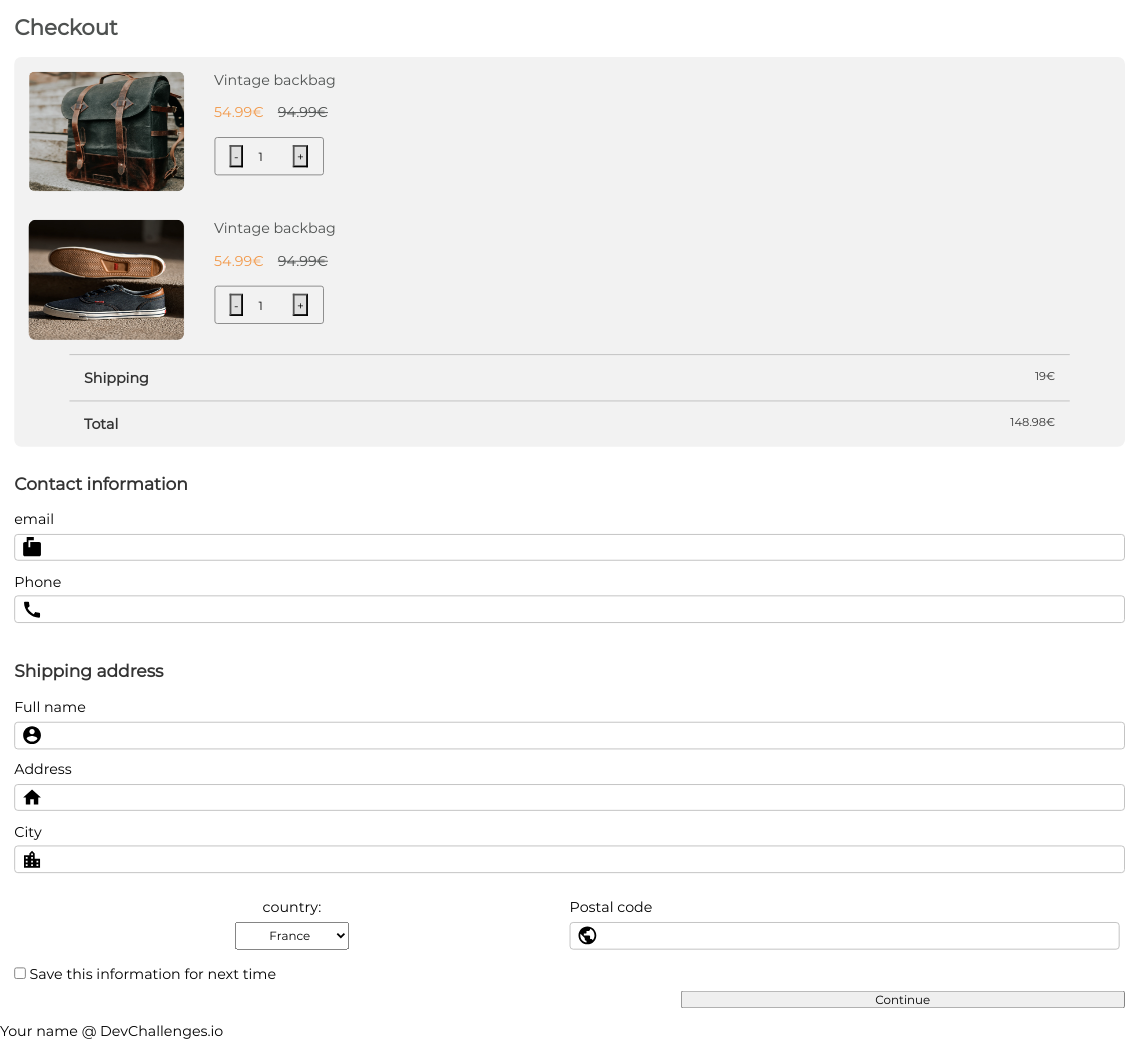
Repository: dubar-jeremy/checkout-page-master
Page: index.html
The author's editor kept a copy of each file at every save. The page is drawn from the files as they stood at one save, then again after the next save.
The browser window is 1280 px wide. The pictures show the whole page, at 89% of full size.
The style sheet was rebuilt from its Sass, Less or Tailwind sources for each picture, by a compiler version that may differ from the author's.

Above is the page before, as saved 2021-01-31 01:28:15.

### index.html
<!doctype html>
<html lang="fr">
<head>
  <meta charset="UTF-8">
  <meta name="viewport"
        content="width=device-width, user-scalable=no, initial-scale=1.0, maximum-scale=1.0, minimum-scale=1.0">
  <meta http-equiv="X-UA-Compatible" content="ie=edge">
  <link rel="stylesheet" href="style/style.css">
  <link href="https://fonts.googleapis.com/icon?family=Material+Icons"
        rel="stylesheet">
  <title>Document</title>
  <script src="js/form.js" type="text/javascript"></script>
</head>
<body>

<main>
  <div class="grid-container">
    <h1>Checkout</h1>
    <form>
      <h2>Contact information</h2>
      <div>
      <label for="email">email</label>
      <input class="email" type="email" name="email" id="email">
      <span class="invalid valid" id="email">E-mail invalide</span>
      </div>

      <div>
      <label for="tel">Phone</label>
      <input class="tel" type="tel" name="tel" id="tel">
      <span class="invalid">Numéro inccorect</span>
      </div>

      <h2>Shipping address</h2>

      <div>
      <label for="name">Full name</label>
      <input class="name" type="text" name="name" id="name">
      <span class="invalid">Champ obligatoire</span>
      </div>

      <div>
      <label for="address">Address</label>
      <input class="address" type="text" name="address" id="address">
      <span class="invalid">Champ obligatoire</span>
      </div>

      <div>
      <label for="city">City</label>
      <input class="city" type="text" name="city" id="city">
      <span class="invalid">Champ obligatoire</span>
      </div>


      <div class="form-btn">
        <div class="select-country">
          <label for="country">country:</label>
          <select id="country">
            <option value="france">France</option>
            <option value="england">Angleterre</option>
            <option value="spain">Espagne</option>
          </select>
          <span class="invalid">Champ obligatoire</span>
        </div>
        <div class="input-postal-code">
          <label for="postalCode">Postal code</label>
          <input class="postal-code" type="text" name="postalCode" id="postalCode">
          <span class="invalid">Champ obligatoire</span>
        </div>
      </div>

      <div>
        <input type="checkbox">
        <label>Save this information for next time</label>
      </div>
      <button type="submit">Continue</button>
    </form>
    <div class="checkout-container">
      <div class="inner-block">
        <img src="img/photo1.png">
        <div class="details-article">
          <h2>Vintage backbag</h2>
          <span class="new-price">54.99€</span>
          <span class="old-price">94.99€</span>
          <div class="click">
            <button class="nbr-article minus">-</button>
            <input type="text" value="0" class="nbr-value">
            <button class="nbr-article plus">+</button>
          </div>
        </div>
        <img src="img/photo2.png">
        <div class="details-article">
          <h2>Vintage backbag</h2>
          <span class="new-price">54.99€</span>
          <span class="old-price">94.99€</span>
          <div class="click">
            <button class="nbr-article">-</button>
            <input type="text" value="1">
            <button class="nbr-article">+</button>
          </div>
        </div>
      </div>
      <div class="price-part">
        <p>Shipping</p>
        <p>19€</p>
      </div>
      <div class="price-part">
        <p>Total</p>
        <p>148.98€</p>
      </div>
      <div>
      </div>
    </div>
</main>
<footer>
  <p>Your name @ DevChallenges.io</p>
</footer>
<!--<span class="material-icons">email</span>
<span class="material-icons">call</span>
<span class="material-icons">account_circle</span>
<span class="material-icons">home</span>
<span class="material-icons">location_city</span>
<span class="material-icons">public</span>
<span class="material-icons">markunread_mailbox</span>-->
</body>
</html>

### js/form.js
window.onload = function (){

  const plus = document.querySelector(".plus").addEventListener("click", increase);
  const minus = document.querySelector(".minus").addEventListener("click", decrease);

  let i = 0;
  let initialPrice = 50;
  let newPrice = increase();
  function increase()
  {
    // price * 10 / 100 = 10% reduce
    i++
    let items = document.querySelector(".nbr-value").value = i;
    let qty = parseInt(items);
    let newPrice = initialPrice * qty;
    newPrice -= newPrice * 10 / 100;
    console.log(newPrice);

    return newPrice;
  }

  function decrease()
  {
    if(i >= 1)
    {
      i--
      let items = document.querySelector(".nbr-value").value = i;
      let qty = parseInt(items);
      let currentPrice = qty * newPrice;
      console.log(currentPrice);
    }
  }

}

### style/style.scss
/*
Colors, fonts & reset
*/

$main-title: #4e5150;
$sub-title: #333333;
$btn-price: #f2994a;

$form-title: #4f4f4f;
$form-placeholder: #828282;

$background-nbr-article: #e0e0e0;

$background-price: #f2f2f2;

@font-face {
  font-family: "Montserrat";
  src: url("/fonts/Montserrat/Montserrat-Regular.ttf") format("truetype");
}

* {
  margin: 0;
  padding: 0;
  box-sizing: border-box;
  font-family: "Montserrat", sans-serif;
}

/*
  Main area
*/

.grid-container {
  display: grid;
  grid-template-columns: 1fr;
  margin: 1em;

  h1 {
    grid-row: 1 / 2;
    color: $main-title;
    font-size: 1.5em;
    margin-bottom: 0.8em;
  }
}

form {
  display: flex;
  flex-direction: column;

  h2 {
    color: $sub-title;
    font-size: 1.2em;
    margin-top: 1.5em;
    margin-bottom: 1em;
  }

  input {
    width: 100%;
    margin-bottom: 1em;
    margin-top: 0.5em;
  }

  input[type="checkbox"] {
    width: inherit;
  }

  @mixin iconStyle {
    background-color: transparent;
    background-repeat: no-repeat;
    background-position: 0.5em center;
    padding-left: 2.5em;
    height: 2.3em;
    border: 0.09em solid #bdbdbd;
    border-radius: 0.3em;
  }

  .email {
    @include iconStyle;
    background-image: url("../icons/markunread_mailbox-24px.svg");
  }
  .tel {
    @include iconStyle;
    background-image: url("../icons/call-24px.svg");
  }
  .name {
    @include iconStyle;
    background-image: url("../icons/account_circle-24px.svg");
  }
  .address {
    @include iconStyle;
    background-image: url("../icons/home-24px.svg");
  }
  .city {
    @include iconStyle;
    background-image: url("../icons/location_city-24px.svg");
  }
  .postal-code {
    @include iconStyle;
    width: 99%;
    background-image: url("../icons/public-24px.svg");
  }

  .form-btn {
    width: 100%;
    display: flex;
    justify-content: space-between;
    margin-top: 1em;
    flex-wrap: wrap;
    align-items: center;

    .select-country {
      flex-basis: 50%;
      display: flex;
      flex-wrap: wrap;
      justify-content: center;

      label {
        width: 100%;
        text-align: center;
      }

      select {
        height: 2.3em;
        padding-left: 2.5em;
        margin-bottom: 1em;
        margin-top: 0.5em;
      }
    }

    .input-postal-code {
      flex-basis: 50%;
    }
  }

  button {
    width: 40%;
    align-self: end;
  }
}

.checkout-container {
  grid-row: 2 / 3;
  background: $background-price;
  border-radius: 0.5em;
}

.inner-block {
  display: grid;
  grid-template-columns: 1fr 1fr;
  grid-gap: 2em;
  max-width: 385px;
  max-height: 535px;
  margin: 1em;

  h2 {
    color: $main-title;
    display: inline;
    font-size: 1em;
    font-weight: normal;
  }

  img {
    width: 100%;
    max-width: 175px;
    max-height: 135px;
    border-radius: 0.5em;
  }

  .details-article {
    display: flex;
    flex-wrap: wrap;

    .new-price {
      color: $btn-price;
      margin-right: 1em;
    }

    .old-price {
      color: $main-title;
      text-decoration: line-through;
    }

    .click {
      display: flex;
      justify-content: space-around;
      width: 70%;
      height: min-content;
      background: transparent;
      border: 0.1em solid $form-placeholder;
      border-radius: 0.2em;
      padding: 0.5em;

      input {
        background: transparent;
        width: 20%;
        border: none;
      }

      .nbr-article {
        background: $background-nbr-article;
        padding: 0.2em;
      }
    }
  }
}

.price-part {
  display: flex;
  justify-content: space-between;
  width: 90%;
  margin: 0 auto;
  padding: 1em;
  border-top: 1px solid #bdbdbd;
  color: #333333;

  p:nth-child(1) {
    color: $sub-title;
    font-weight: bold;
  }

  p:nth-child(2) {
    font-size: 0.8em;
  }
}

.invalid {
  display: none;
  color: red;
}

.valid {
  color: green;
}

After the next save:
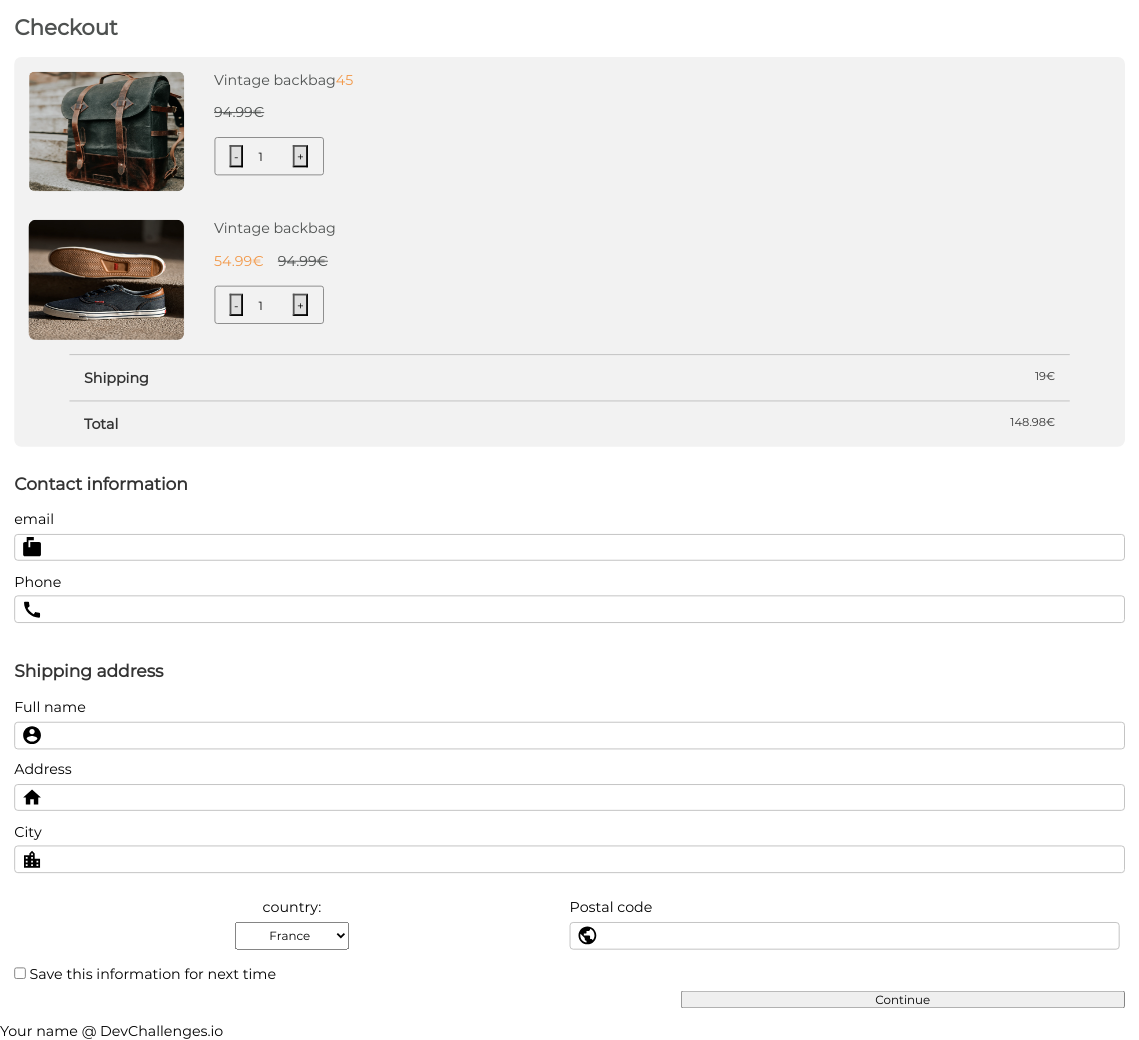
Saved 86 s later.
--- a/js/form.js
+++ b/js/form.js
@@ -14,7 +14,7 @@
     let qty = parseInt(items);
     let newPrice = initialPrice * qty;
     newPrice -= newPrice * 10 / 100;
-    console.log(newPrice);
+    document.querySelector(".new-price").innerHTML = newPrice;
 
     return newPrice;
   }
